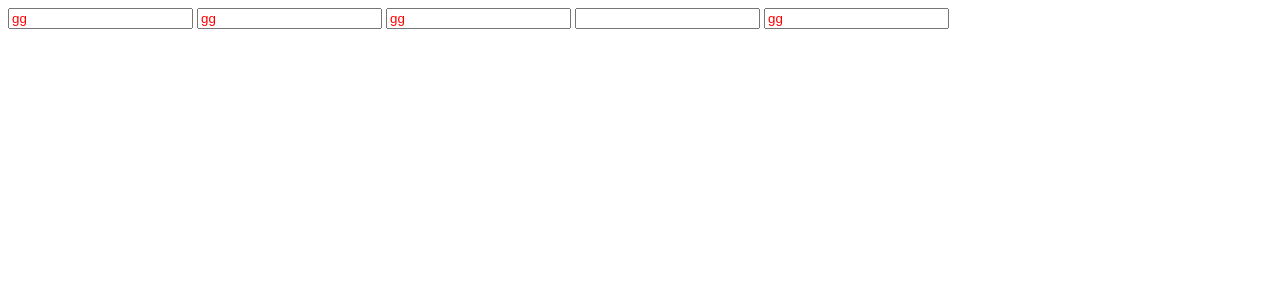
Repository: reddrinkbro/JSPStudy
Page: jQuery/WebContent/3속성선택자/15.html
These files come from the project's save history. The page is drawn as it stood at one moment and after the next save; the edit follows.
The browser window is 1280 px wide. The pictures show the whole page.

Above is the page before, as saved 2020-04-21 06:49:32.

### jQuery/WebContent/3속성선택자/15.html
<!DOCTYPE html PUBLIC "-//W3C//DTD HTML 4.01 Transitional//EN" "http://www.w3.org/TR/html4/loose.dtd">
<html>
<head>
<meta http-equiv="Content-Type" content="text/html; charset=UTF-8">
<title>Insert title here</title>
	<script src="https://code.jquery.com/jquery-3.3.1.js"></script>
	<script type="text/javascript">

		$(function(){
			//<input>태그중에서 name 속성의 값이 문자열 "man"이 포함된 요소를 선택해옴
			$("input[name *= man]").val("gg").css("color","red");
		});
	</script>
</head>
<body>
	<input name = "man-news" >
	<input name = "milk man">
	<input name = "letterman2">
	<input name = "newmilk">
	<input name = "superman">

</body>
</html>

After the next save:
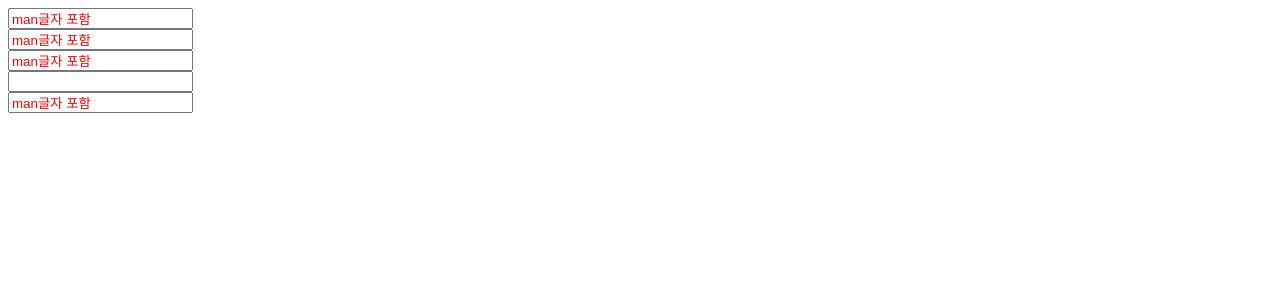
Saved 21 s later.
--- a/jQuery/WebContent/3속성선택자/15.html
+++ b/jQuery/WebContent/3속성선택자/15.html
@@ -8,16 +8,16 @@
 
 		$(function(){
 			//<input>태그중에서 name 속성의 값이 문자열 "man"이 포함된 요소를 선택해옴
-			$("input[name *= man]").val("gg").css("color","red");
+			$("input[name *= man]").val("man글자 포함").css("color","red");
 		});
 	</script>
 </head>
 <body>
-	<input name = "man-news" >
-	<input name = "milk man">
-	<input name = "letterman2">
-	<input name = "newmilk">
-	<input name = "superman">
+	<input name = "man-news" ><br>
+	<input name = "milk man"><br>
+	<input name = "letterman2"><br>
+	<input name = "newmilk"><br>
+	<input name = "superman"><br>
 
 </body>
 </html>
